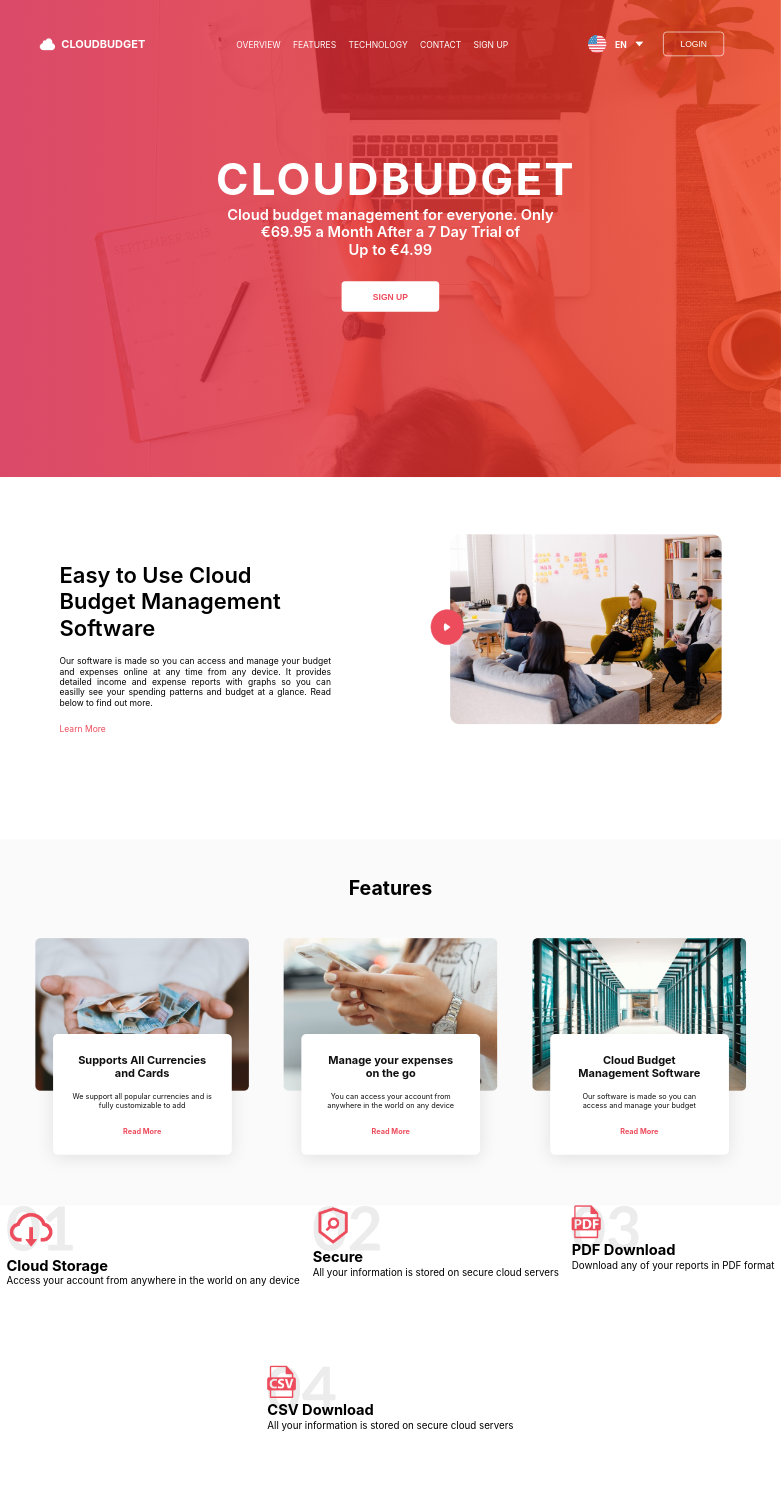
Repository: Ola-22/cloudBudget
Page: /
An editor plug-in stored every save of this project. The page is shown before and after the next save, followed by the edit.
The browser window is 1280 px wide. The pictures show the whole page, at 61% of full size.
The project was rebuilt for these pictures with package versions that can differ from the ones it lists, and the page was loaded fresh each time.

Above is the page before, as saved 2021-09-13 16:47:37.

### src/App.js
import "./App.css";
import {
  Navbar,
  MainContent,
  VideoSection,
  Features,
  Technology,
} from "./components/component-path";

function App() {
  return (
    <div className="App">
      <div
        className="app-main"
        style={{
          backgroundImage:
            "linear-gradient(90deg, rgba(213, 32, 71, 0.8) 0%, rgba(238, 61, 27, 0.8) 100%),url(/images/bg.png)",
          height: "782px",
        }}
      >
        <Navbar />
        <MainContent />
      </div>
      <VideoSection />
      <Features />
      <Technology />
    </div>
  );
}

export default App;

### src/App.css
*{
  margin: 0;
  padding: 0;
  box-sizing: border-box;
}

.app-main{
  /* height: 782px; */
  background-position: center;
  background-repeat: no-repeat;
  background-size: cover;
  position: relative;
}

### src/Components/component-path.js
export { default as Navbar } from "./Navbar";
export { default as MainContent } from "./MainContent";
export { default as VideoSection } from "./VideoSection";
export { default as Features } from "./Features";
export { default as Technology } from "./Technology";

### src/Components/Navbar/index.jsx
import "./style.scss";
import { Link, BrowserRouter as Router } from "react-router-dom";

function Navbar() {
  return (
    <div className="nav-main">
      <div className="nav-box">
        <img src="/images/Vector.png" alt="" />
        <h3>CLOUDBUDGET</h3>
      </div>
      <Router>
        <nav>
          <Link to="/">overview</Link>
          <Link to="/">features</Link>
          <Link to="/">technology</Link>
          <Link to="/">contact</Link>
          <Link to="/">sign up</Link>
        </nav>
      </Router>
      <div style={{ display: "flex", cursor: "pointer" }}>
        <div className="flag-box">
          <img src="/images/flag.png" alt="" />
          <h4>EN</h4>
          <img src="/images/vector2.png" alt="" />
        </div>
        <button>Login</button>
      </div>
    </div>
  );
}

export default Navbar;

### src/Components/MainContent/index.jsx
import "./style.css";

export default function MainContent() {
  return (
    <div className="main-content">
      <h1>CloudBudget</h1>
      <p>
        Cloud budget management for everyone. Only €69.95 a Month After a 7 Day
        Trial of
        <br /> Up to €4.99
      </p>
      <button>sign up</button>
    </div>
  );
}

### src/Components/VideoSection/index.jsx
import "./style.scss";

export default function VideoSection() {
  return (
    <div className="videoMain">
      <div className="video-content">
        <h2>Easy to Use Cloud Budget Management Software</h2>
        <p>
          Our software is made so you can access and manage your budget and
          expenses online at any time from any device. It provides detailed
          income and expense reports with graphs so you can easilly see your
          spending patterns and budget at a glance. Read below to find out more.
        </p>
        <a href="#">Learn More</a>
      </div>
      <div>
        <img src="/images/play.png" alt="" />
        <img src="/images/Video_bg.png" alt="" />
      </div>
    </div>
  );
}

### src/Components/Features/index.jsx
import FeaturesCard from "./FeaturesCard";
import "./style.scss";

export default function Features() {
  return (
    <div className="features-main">
      <h1>Features</h1>
      <div>
        <FeaturesCard
          src="/images/features1.png"
          title="Supports All Currencies and Cards"
          paragraph="We support all popular currencies and is fully customizable to add"
          readmore="Read More"
        />
        <FeaturesCard
          src="/images/features2.png"
          title="Manage your expenses on the go"
          paragraph="You can access your account from anywhere in the world on any device"
          readmore="Read More"
        />
        <FeaturesCard
          src="/images/features3.png"
          title="Cloud Budget Management Software"
          paragraph="Our software is made so you can access and manage your budget"
          readmore="Read More"
        />
      </div>
    </div>
  );
}

### src/Components/Technology/index.jsx
import "./style.scss";
import TechCard from "./TechCard";

export default function Technology() {
  return (
    <div className="tech-main">
      <TechCard
        src="/images/tech1.png"
        title="Cloud Storage"
        paragraph="Access your account from anywhere in the world on any device"
        background="01.png"
      />
      <TechCard
        src="/images/tech2.png"
        title="Secure"
        paragraph="All your information is stored on secure cloud servers"
        background="02.png"
      />
      <TechCard
        src="/images/tech3.png"
        title="PDF Download"
        paragraph="Download any of your reports in PDF format"
        background="03.png"
      />
      <TechCard
        src="/images/tech4.png"
        title="CSV Download"
        paragraph="All your information is stored on secure cloud servers"
        background="04.png"
      />
    </div>
  );
}

### src/Components/Navbar/style.scss
@import "../../styles/variables.scss";

.nav-main{
  display: flex;
  align-items: center;
  justify-content: space-around;
  padding-top: 52px;
  & >nav{
    display: flex;
    & >a {
      margin-left: 20px;
      text-transform: uppercase;
      color: $whiteColor;
      font-size: 14px;
      text-decoration: none;
    }
  }

  & button{
    width: 100px;
    height: 40px;
    background-color: transparent;
    border-radius: 6px;
    border: 1px solid $whiteColor;
    font-size: 14px;
    text-transform: uppercase;
    color: $whiteColor;
    margin-inline-start: 28.81px;
    margin-inline-end: 28px;
  }
}

.nav-box{
  display: flex;
  // margin-left: 5%;
  & > h3{
    font-size: 18px;
    margin-left: 9.9px;
    color: white;
  }
}

.flag-box{
  display: flex;
  align-items: center;
  width: 96px;
  & > h4{
    font-size: 14px;
    color: $whiteColor;
    margin-inline-start: 13.81px;
    margin-inline-end: 13.81px;
  }
}

### src/Components/MainContent/style.css
.main-content {
  display: -webkit-box;
  display: -ms-flexbox;
  display: flex;
  -webkit-box-align: center;
      -ms-flex-align: center;
          align-items: center;
  -webkit-box-orient: vertical;
  -webkit-box-direction: normal;
      -ms-flex-direction: column;
          flex-direction: column;
  color: #ffffff;
  margin-top: 158px;
}

.main-content > h1 {
  font-size: 72px;
  text-transform: uppercase;
  margin-left: 18px;
  letter-spacing: 0.05em;
}

.main-content > p {
  font-size: 24px;
  width: 540px;
  height: 124px;
  font-weight: 600;
  overflow-wrap: break-word;
  text-align: center;
  margin: 0;
}

.main-content > button {
  background-color: #ffffff;
  border-radius: 6px;
  width: 160px;
  height: 50px;
  font-size: 14px;
  text-transform: uppercase;
  color: #ED4C5C;
  border: none;
  font-weight: 600;
  cursor: pointer;
}
/*# sourceMappingURL=style.css.map */

### src/Components/VideoSection/style.scss
@import "../../styles/variables.scss";

.videoMain{
  display: flex;
  justify-content: space-around;
  margin-top: 94px;
  height: 500px;
  flex-wrap: wrap;
  & > div:last-of-type{
    position: relative;
    & img:first-of-type{
      border: 1px solid $btnColor;
      background-color: $btnColor;
      border-radius: 50%;
      padding: 20px;
      // width: 18px;
      position: absolute;
      margin-top: 123px;
      left: -32px;
    }
  }
}

.video-content{
  width: 445px;
  & > h2{
    font-size: 36px;
    line-height: 43px;
    margin-top: 46px;
    font-weight: 600;
  }
  & > p{
    font-size: 14px;
    text-align: justify;
    margin: 24px 0;
  }
  & > a{
    color: $btnColor;
    font-size: 14px;
    text-decoration: none;
  }
}

### src/Components/Features/FeaturesCard/index.js
import "./style.scss";

export default function FeaturesCard({ src, title, paragraph, readmore }) {
  return (
    <div className="features-card">
      <img src={src} alt="" />
      <div>
        <h3>{title}</h3>
        <p>{paragraph}</p>
        <a href="#">{readmore}</a>
      </div>
    </div>
  );
}

### src/Components/Features/style.scss
.features-main{
  background-color: #fafafa;
  // padding-top: 60px;
  height: 600px;
  & >h1{
    text-align: center;
    padding-top: 60px;
    padding-bottom: 63px;
  }
  & > div:first-of-type{
    display: flex;
    justify-content: space-evenly;
    height: 660px;
    flex-wrap: wrap;
  }
}

### src/Components/Technology/style.scss
.tech-main{
  display: flex;
  justify-content: space-around;
  height: 500px;
  flex-wrap: wrap;
}

### src/Components/Technology/TechCard/index.jsx
import "./style.scss";

export default function TechCard({ src, title, paragraph, background }) {
  return (
    <div
      className="tech-card"
      style={{
        backgroundImage: `url(/images/${background}`,
        backgroundRepeat: "no-repeat",
      }}
    >
      <img src={src} alt="" />
      <h2>{title}</h2>
      <p>{paragraph}</p>
    </div>
  );
}

### src/styles/variables.scss
$whiteColor: #ffffff;
$blackColor: #000000;
$orangeColor: #EE3D1B;
$pinkColor: #D52047;
$btnColor: #ED4C5C;

### src/Components/Features/FeaturesCard/style.scss
@import "../../../styles/variables.scss";


.features-card{
  position: relative;
  text-align: center;
  & > div{
    background-color: $whiteColor;
    position: absolute;
    top: 157px;
    width: 293px;
    height: 198px;
    left: 29px;
    box-shadow: 0px 5px 30px rgba(0, 0, 0, 0.1);
    display: flex;
    flex-direction: column;
    align-items: center;
    color: #101010;
    border-radius: 8px;
    & > h3{
      margin-top: 33px;
      margin-bottom: 20px;
      font-size: 18px;
      width: 229px;
    }
    & > p{
      font-size: 12px;
      width: 229px;
      height: 57px;
    }
    & > a{
      color: $btnColor;
      font-size: 12px;
      font-weight: bold;
      text-decoration: none;
    }
  }
}

### src/Components/Technology/TechCard/style.scss

.tech-card{
}

Loaded but not shown: public/index.html (common file); src/index.js (common file); src/index.css (common file); src/reportWebVitals.js (common file)

After the next save:
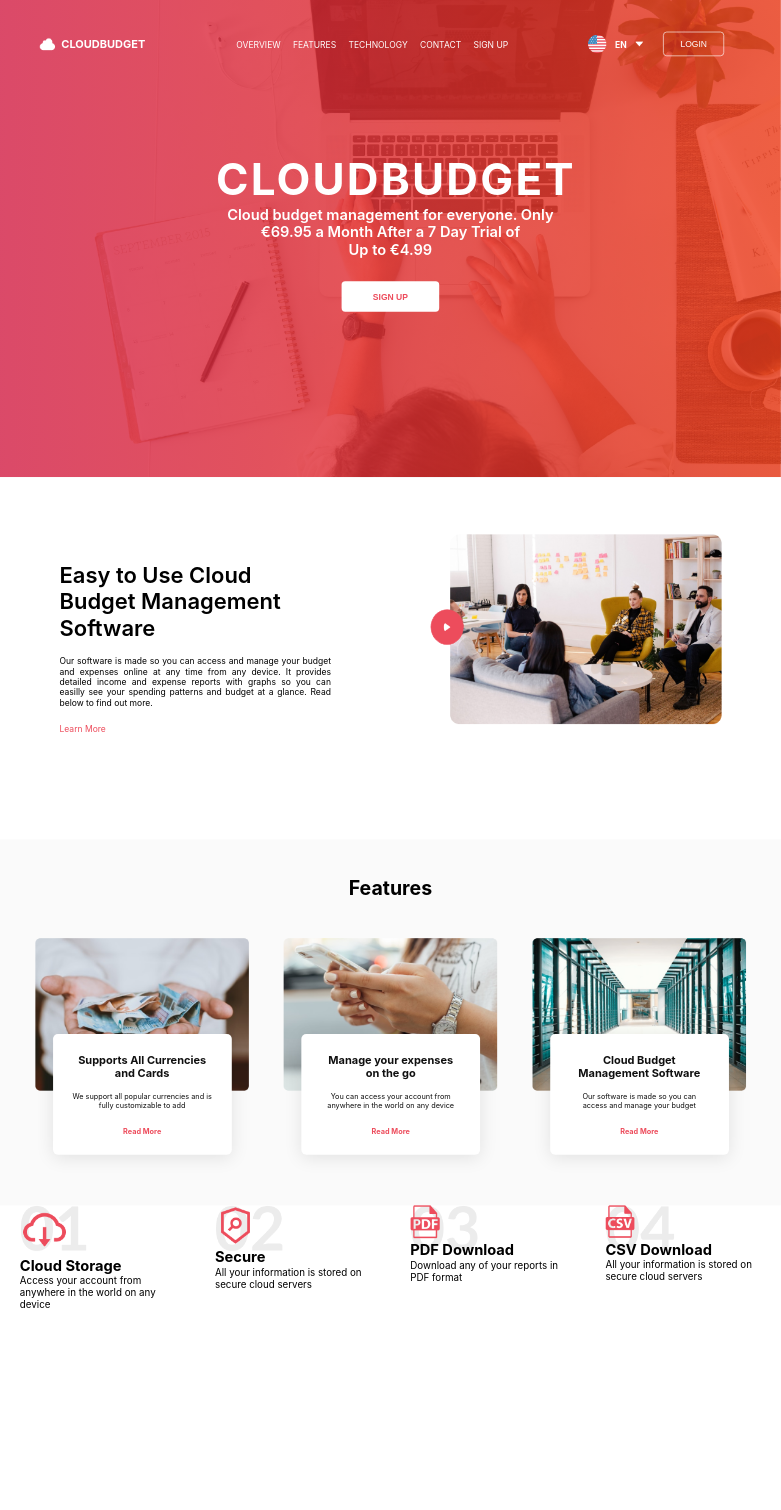
Saved 30 s later.
--- a/src/Components/Technology/TechCard/style.scss
+++ b/src/Components/Technology/TechCard/style.scss
@@ -1,3 +1,5 @@
 
 .tech-card{
+  width: 255px;
+  height: 226px;
 }
